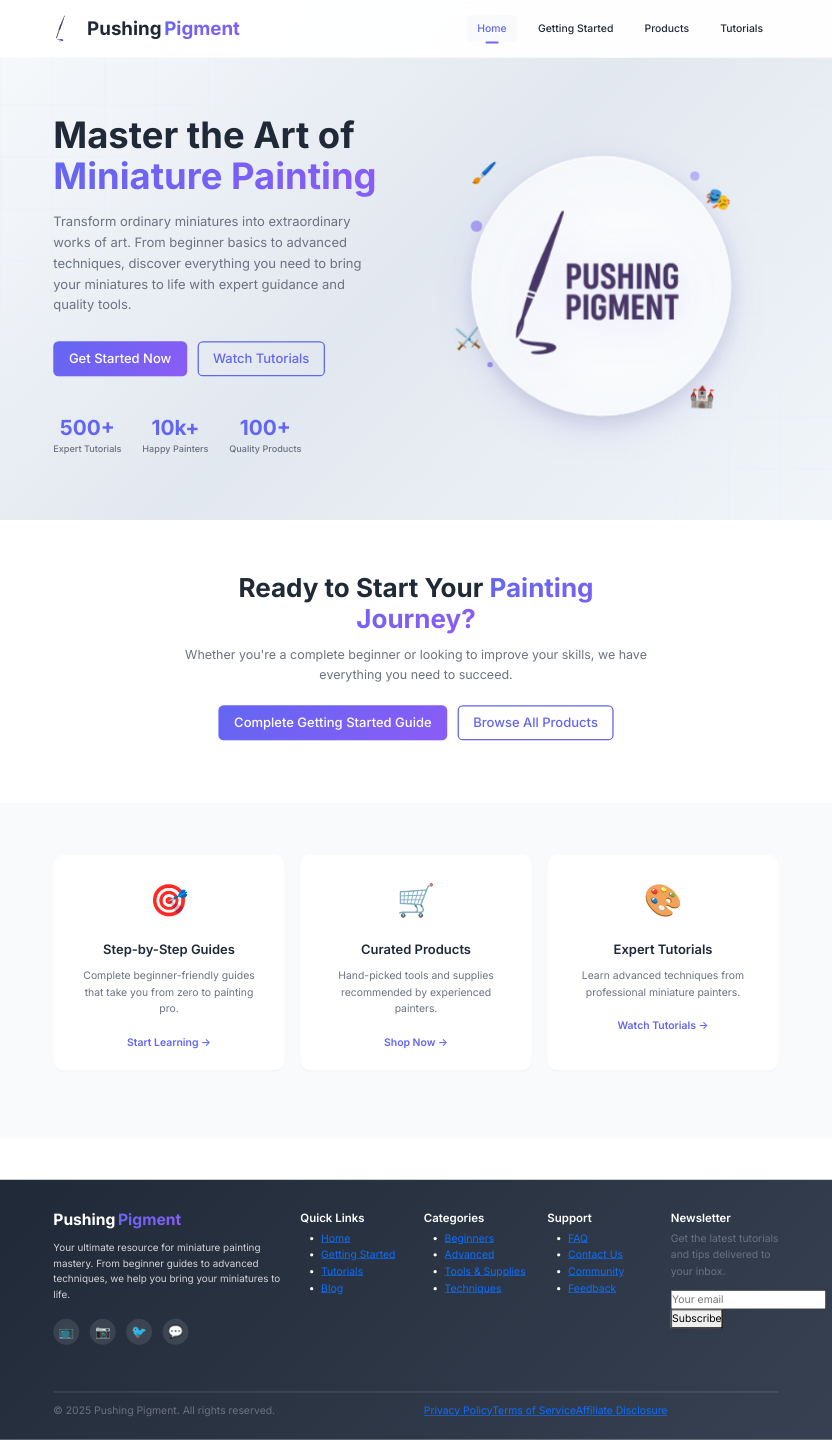
Repository: Aldentec/pushing-pigment-website
Page: /
The author's editor kept a copy of each file at every save. The page is drawn from the files as they stood at one save, then again after the next save.
The browser window is 1280 px wide. The pictures show the whole page, at 65% of full size.
The project was rebuilt for these pictures with package versions that can differ from the ones it lists, and the page was loaded fresh each time. Also part of the build but not shown: src/data/tutorials.js, src/pages/Tutorials/Tutorials.css, src/pages/Tutorials/Tutorials.jsx, src/components/ProductCard/ProductCard.css, src/components/ProductCard/ProductCard.jsx, src/data/products.js, src/pages/Products/Products.css, src/pages/Products/Products.jsx and 3 more.

Above is the page before, as saved 2025-08-16 10:05:55.

### public/index.html
<!DOCTYPE html>
<html lang="en">
  <head>
    <meta charset="utf-8" />

    <!-- Basic Meta Tags -->
    <meta name="viewport" content="width=device-width, initial-scale=1" />
    <meta name="theme-color" content="#6366f1" />

    <!-- SEO Meta Tags -->
    <title>Pushing Pigment - Master Miniature Painting | Tutorials, Tools & Techniques</title>
    <meta name="description" content="Learn miniature painting with expert tutorials, essential tool guides, and step-by-step techniques. From beginner basics to advanced methods - your complete miniature painting resource." />
    <meta name="keywords" content="miniature painting, warhammer painting, mini painting tutorials, painting techniques, miniature paints, brushes, primer, tabletop gaming, model painting, acrylic paints" />
    <meta name="author" content="Pushing Pigment" />
    <meta name="robots" content="index, follow" />
    <link rel="canonical" href="https://pushingpigment.com" />

    <!-- Open Graph / Facebook -->
    <meta property="og:type" content="website" />
    <meta property="og:url" content="https://pushingpigment.com" />
    <meta property="og:title" content="Pushing Pigment - Master Miniature Painting | Tutorials & Tools" />
    <meta property="og:description" content="Learn miniature painting with expert tutorials, essential tool guides, and step-by-step techniques. From beginner basics to advanced methods." />
    <meta property="og:image" content="https://pushingpigment.com/og-image.jpg" />
    <meta property="og:site_name" content="Pushing Pigment" />
    <meta property="og:locale" content="en_US" />

    <!-- Twitter Card -->
    <meta property="twitter:card" content="summary_large_image" />
    <meta property="twitter:url" content="https://pushingpigment.com" />
    <meta property="twitter:title" content="Pushing Pigment - Master Miniature Painting" />
    <meta property="twitter:description" content="Learn miniature painting with expert tutorials, essential tool guides, and step-by-step techniques." />
    <meta property="twitter:image" content="https://pushingpigment.com/twitter-card.jpg" />
    <meta property="twitter:creator" content="@pushingpigment" />

    <!-- Additional SEO Tags -->
    <meta name="geo.region" content="US" />
    <meta name="geo.placename" content="United States" />
    <meta name="language" content="en-US" />
    <meta name="revisit-after" content="7 days" />
    <meta name="rating" content="general" />

    <!-- Favicons -->
    <link rel="icon" href="%PUBLIC_URL%/favicon.ico" />
    <link rel="apple-touch-icon" sizes="180x180" href="%PUBLIC_URL%/apple-touch-icon.png" />
    <link rel="icon" type="image/png" sizes="32x32" href="%PUBLIC_URL%/favicon-32x32.png" />
    <link rel="icon" type="image/png" sizes="16x16" href="%PUBLIC_URL%/favicon-16x16.png" />
    <link rel="manifest" href="%PUBLIC_URL%/site.webmanifest" />
    <link rel="mask-icon" href="%PUBLIC_URL%/safari-pinned-tab.svg" color="#6366f1" />
    <meta name="msapplication-TileColor" content="#6366f1" />
    <meta name="msapplication-config" content="%PUBLIC_URL%/browserconfig.xml" />

    <!-- Preconnect for Performance -->
    <link rel="preconnect" href="https://fonts.googleapis.com" />
    <link rel="preconnect" href="https://fonts.gstatic.com" crossorigin />
    <link rel="preconnect" href="https://www.amazon.com" />

    <!-- Google Fonts -->
    <link href="https://fonts.googleapis.com/css2?family=Inter:wght@300;400;500;600;700&display=swap" rel="stylesheet" />

    <!-- Structured Data / JSON-LD -->
    <script type="application/ld+json">
    {
      "@context": "https://schema.org",
      "@type": "WebSite",
      "name": "Pushing Pigment",
      "description": "Master miniature painting with expert tutorials, essential tool guides, and step-by-step techniques for all skill levels.",
      "url": "https://pushingpigment.com",
      "potentialAction": {
        "@type": "SearchAction",
        "target": {
          "@type": "EntryPoint",
          "urlTemplate": "https://pushingpigment.com/search?q={search_term_string}"
        },
        "query-input": "required name=search_term_string"
      },
      "publisher": {
        "@type": "Organization",
        "name": "Pushing Pigment",
        "url": "https://pushingpigment.com",
        "logo": {
          "@type": "ImageObject",
          "url": "https://pushingpigment.com/logo.png"
        },
        "sameAs": [
          "https://youtube.com/@pushingpigment",
          "https://instagram.com/pushingpigment",
          "https://twitter.com/pushingpigment"
        ]
      }
    }
    </script>

    <script type="application/ld+json">
    {
      "@context": "https://schema.org",
      "@type": "EducationalOrganization",
      "name": "Pushing Pigment",
      "description": "Educational resource for miniature painting techniques and tutorials",
      "url": "https://pushingpigment.com",
      "courseMode": "online",
      "educationalLevel": "Beginner to Advanced",
      "teaches": [
        "Miniature Painting",
        "Model Painting Techniques",
        "Acrylic Painting",
        "Brush Techniques",
        "Color Theory",
        "Weathering Effects"
      ]
    }
    </script>

    <!-- Amazon Associates Disclaimer -->
    <meta name="amazon-affiliate" content="true" />

    <!-- Performance Hints -->
    <link rel="dns-prefetch" href="//amazon.com" />
    <link rel="dns-prefetch" href="//images-amazon.com" />
    <link rel="dns-prefetch" href="//google-analytics.com" />

    <!-- Security Headers -->
    <meta http-equiv="X-Content-Type-Options" content="nosniff" />
    <meta http-equiv="X-Frame-Options" content="DENY" />
    <meta http-equiv="X-XSS-Protection" content="1; mode=block" />
    <meta name="referrer" content="strict-origin-when-cross-origin" />

    <!-- Google Analytics (Replace with your tracking ID) -->
    <!-- Global site tag (gtag.js) - Google Analytics -->
    <script async src="https://www.googletagmanager.com/gtag/js?id=GA_TRACKING_ID"></script>
    <script>
      window.dataLayer = window.dataLayer || [];
      function gtag(){dataLayer.push(arguments);}
      gtag('js', new Date());
      gtag('config', 'GA_TRACKING_ID');
    </script>

    <!-- Google Search Console Verification -->
    <meta name="google-site-verification" content="YOUR_VERIFICATION_CODE" />

    <!-- Bing Webmaster Tools Verification -->
    <meta name="msvalidate.01" content="YOUR_BING_VERIFICATION_CODE" />
  </head>
  <body>
    <noscript>
      <div style="text-align: center; padding: 50px; font-family: Arial, sans-serif;">
        <h1>JavaScript Required</h1>
        <p>You need to enable JavaScript to run this app and access all miniature painting tutorials and resources.</p>
        <p>Please enable JavaScript in your browser settings and reload the page.</p>
      </div>
    </noscript>

    <!-- Main App Container -->
    <div id="root"></div>

    <!-- Structured Data for Breadcrumbs -->
    <script type="application/ld+json">
    {
      "@context": "https://schema.org",
      "@type": "BreadcrumbList",
      "itemListElement": [
        {
          "@type": "ListItem",
          "position": 1,
          "name": "Home",
          "item": "https://pushingpigment.com"
        },
        {
          "@type": "ListItem",
          "position": 2,
          "name": "Getting Started",
          "item": "https://pushingpigment.com/products"
        },
        {
          "@type": "ListItem",
          "position": 3,
          "name": "Tutorials",
          "item": "https://pushingpigment.com/tutorials"
        }
      ]
    }
    </script>

    <!-- Service Worker Registration (Optional - for PWA features) -->
    <script>
      if ('serviceWorker' in navigator) {
        window.addEventListener('load', function() {
          navigator.serviceWorker.register('/sw.js')
            .then(function(registration) {
              console.log('SW registered: ', registration);
            })
            .catch(function(registrationError) {
              console.log('SW registration failed: ', registrationError);
            });
        });
      }
    </script>
  </body>
</html>

### src/App.jsx
import React from 'react';
import { BrowserRouter as Router, Routes, Route } from 'react-router-dom';
import 'bootstrap/dist/css/bootstrap.min.css';
import './styles/global.css';
import './App.css';

// Components
import Navigation from './components/Navigation/Navigation';
import Footer from './components/Footer/Footer';

// Pages
import Home from './pages/Home/Home';
import Tutorials from './pages/Tutorials/Tutorials';
import Products from './pages/Products/Products';
import GettingStarted from './pages/GettingStarted/GettingStarted';

function App() {
  return (
    <Router>
      <div className="App">
        <Navigation />
        <main>
          <Routes>
            <Route path="/" element={<Home />} />
            <Route path="/getting-started" element={<GettingStarted />} />
            <Route path="/products" element={<Products />} />
            <Route path="/tutorials" element={<Tutorials />} />
          </Routes>
        </main>
        <Footer />
      </div>
    </Router>
  );
}

export default App;

### src/App.css
/* App-specific styles */
.App {
  min-height: 100vh;
  display: flex;
  flex-direction: column;
}

main {
  flex: 1;
}

/* Global overrides for Bootstrap */
.btn:focus {
  box-shadow: none;
}

.btn-primary {
  background: var(--gradient-primary);
  border: none;
}

.btn-primary:hover,
.btn-primary:focus,
.btn-primary:active {
  background: var(--gradient-primary);
  filter: brightness(1.1);
  border: none;
}

.btn-outline-primary {
  border-color: var(--primary-color);
  color: var(--primary-color);
}

.btn-outline-primary:hover,
.btn-outline-primary:focus,
.btn-outline-primary:active {
  background: var(--primary-color);
  border-color: var(--primary-color);
  color: white;
}

/* Custom scrollbar */
::-webkit-scrollbar {
  width: 8px;
}

::-webkit-scrollbar-track {
  background: var(--bg-light);
}

::-webkit-scrollbar-thumb {
  background: var(--primary-color);
  border-radius: 4px;
}

::-webkit-scrollbar-thumb:hover {
  background: var(--secondary-color);
}

/* Smooth scrolling */
html {
  scroll-behavior: smooth;
}

/* Focus styles for accessibility */
*:focus {
  outline: 2px solid var(--primary-color);
  outline-offset: 2px;
}

.btn:focus,
.form-control:focus,
.form-select:focus {
  outline: none;
  box-shadow: 0 0 0 0.2rem rgba(99, 102, 241, 0.25);
}

### src/pages/Home/Home.jsx
import React from 'react';
import { Container, Row, Col, Button } from 'react-bootstrap';
import { Link } from 'react-router-dom';
import Hero from '../../components/Hero/Hero';
import './Home.css';

const Home = () => {
  return (
    <div className="home-page">
      <Hero />

      {/* Quick Start Section */}
      <section className="quick-start-section section-padding">
        <Container>
          <Row>
            <Col lg={8} className="mx-auto text-center">
              <h2 className="section-title">
                Ready to Start Your <span className="gradient-text">Painting Journey?</span>
              </h2>
              <p className="section-description">
                Whether you're a complete beginner or looking to improve your skills,
                we have everything you need to succeed.
              </p>
              <div className="quick-start-buttons">
                <Button
                  as={Link}
                  to="/getting-started"
                  className="btn-primary-custom me-3 mb-3"
                  size="lg"
                >
                  Complete Getting Started Guide
                </Button>
                <Button
                  as={Link}
                  to="/products"
                  variant="outline-primary"
                  className="btn-outline-custom mb-3"
                  size="lg"
                >
                  Browse All Products
                </Button>
              </div>
            </Col>
          </Row>
        </Container>
      </section>

      {/* Feature Highlights */}
      <section className="features-section section-padding section-light">
        <Container>
          <Row>
            <Col lg={4} className="mb-4">
              <div className="feature-card">
                <div className="feature-icon">🎯</div>
                <h4>Step-by-Step Guides</h4>
                <p>Complete beginner-friendly guides that take you from zero to painting pro.</p>
                <Button as={Link} to="/getting-started" variant="link" className="feature-link">
                  Start Learning →
                </Button>
              </div>
            </Col>
            <Col lg={4} className="mb-4">
              <div className="feature-card">
                <div className="feature-icon">🛒</div>
                <h4>Curated Products</h4>
                <p>Hand-picked tools and supplies recommended by experienced painters.</p>
                <Button as={Link} to="/products" variant="link" className="feature-link">
                  Shop Now →
                </Button>
              </div>
            </Col>
            <Col lg={4} className="mb-4">
              <div className="feature-card">
                <div className="feature-icon">🎨</div>
                <h4>Expert Tutorials</h4>
                <p>Learn advanced techniques from professional miniature painters.</p>
                <Button as={Link} to="/tutorials" variant="link" className="feature-link">
                  Watch Tutorials →
                </Button>
              </div>
            </Col>
          </Row>
        </Container>
      </section>
    </div>
  );
};

export default Home;

### src/components/Footer/Footer.css
.site-footer {
  background: linear-gradient(135deg, var(--text-dark) 0%, #374151 100%);
  color: white;
  padding: 3rem 0 1rem;
  margin-top: 4rem;
}

.footer-section {
  margin-bottom: 2rem;
}

.footer-brand {
  font-size: 1.5rem;
  font-weight: 700;
  margin-bottom: 1rem;
  display: flex;
  align-items: center;
}

.footer-brand .brand-text {
  color: white;
  margin-right: 0.25rem;
}

.footer-brand .brand-accent {
  background: var(--gradient-primary);
  -webkit-background-clip: text;
  -webkit-text-fill-color: transparent;
  background-clip: text;
}

.footer-description {
  color: rgba(255, 255, 255, 0.8);
  line-height: 1.6;
  margin-bottom: 1.5rem;
  font-size: 0.95rem;
}

.social-links {
  display: flex;
  gap: 1rem;
}

.social-link {
  display: inline-flex;
  align-items: center;
  justify-content: center;
  width: 40px;
  height: 40px;
  background: rgba(255, 255, 255, 0.1);
  border-radius: 50%;
  color: white;
  text-decoration: none;
  font-size: 1.2rem;
  transition: all 0.3s ease;
}

### src/components/Hero/Hero.jsx
import React from 'react';
import { Container, Row, Col, Button } from 'react-bootstrap';
import { Link } from 'react-router-dom';
import pushingPigmentLogo from '../../assets/pushing-pigment-logo.png';
import './Hero.css';

const Hero = () => {
  return (
    <section className="hero-section">
      <div className="hero-background"></div>
      <Container>
        <Row className="align-items-center min-vh-100 py-5">
          <Col lg={6} className="hero-content">
            <div className="fade-in-up">
              <h1 className="hero-title">
                Master the Art of
                <span className="gradient-text"> Miniature Painting</span>
              </h1>
              <p className="hero-description">
                Transform ordinary miniatures into extraordinary works of art.
                From beginner basics to advanced techniques, discover everything
                you need to bring your miniatures to life with expert guidance and quality tools.
              </p>
              <div className="hero-buttons">
                <Button
                  as={Link}
                  to="/getting-started"
                  className="btn-primary-custom me-3 mb-3"
                  size="lg"
                >
                  Get Started Now
                </Button>
                <Button
                  as={Link}
                  to="/tutorials"
                  variant="outline-primary"
                  className="btn-outline-custom mb-3"
                  size="lg"
                >
                  Watch Tutorials
                </Button>
              </div>
              <div className="hero-stats">
                <div className="stat-item">
                  <span className="stat-number">500+</span>
                  <span className="stat-label">Expert Tutorials</span>
                </div>
                <div className="stat-item">
                  <span className="stat-number">10k+</span>
                  <span className="stat-label">Happy Painters</span>
                </div>
                <div className="stat-item">
                  <span className="stat-number">100+</span>
                  <span className="stat-label">Quality Products</span>
                </div>
              </div>
            </div>
          </Col>
          <Col lg={6} className="hero-image-col">
            <div className="hero-image-container fade-in-up">
              <div className="hero-logo-showcase">
                <div className="logo-background-circle"></div>
                <img
                  src={pushingPigmentLogo}
                  alt="Pushing Pigment - Master Miniature Painting"
                  className="hero-logo-main"
                />
                <div className="logo-accent-elements">
                  <div className="accent-dot accent-1"></div>
                  <div className="accent-dot accent-2"></div>
                  <div className="accent-dot accent-3"></div>
                </div>
              </div>
              <div className="floating-elements">
                <div className="floating-element element-1">🖌️</div>
                <div className="floating-element element-2">🎭</div>
                <div className="floating-element element-3">⚔️</div>
                <div className="floating-element element-4">🏰</div>
              </div>
            </div>
          </Col>
        </Row>
      </Container>
    </section>
  );
};

export default Hero;

### src/pages/Home/Home.css
/* Home Page Styles */

.home-page {
  /* Base styles */
}

/* Quick Start Section */
.quick-start-section {
  background: white;
}

.quick-start-buttons {
  margin-top: 2rem;
}

/* Features Section */
.features-section {
  background: var(--bg-light);
}

.feature-card {
  background: white;
  padding: 2rem;
  border-radius: 16px;
  box-shadow: var(--shadow-sm);
  text-align: center;
  height: 100%;
  transition: all 0.3s ease;
}

.feature-card:hover {
  transform: translateY(-8px);
  box-shadow: var(--shadow-lg);
}

.feature-icon {
  font-size: 3rem;
  margin-bottom: 1.5rem;
}

.feature-card h4 {
  font-size: 1.25rem;
  font-weight: 600;
  color: var(--text-dark);
  margin-bottom: 1rem;
}

.feature-card p {
  color: var(--text-light);
  margin-bottom: 1.5rem;
  line-height: 1.6;
}

.feature-link {
  color: var(--primary-color);
  font-weight: 600;
  text-decoration: none;
  padding: 0;
  border: none;
  background: none;
  transition: color 0.3s ease;
}

.feature-link:hover {
  color: var(--secondary-color);
  text-decoration: none;
}

.section-title {
  font-size: 2.5rem;
  font-weight: 700;
  margin-bottom: 1rem;
  color: var(--text-dark);
}

.section-description {
  font-size: 1.2rem;
  color: var(--text-light);
  line-height: 1.6;
  margin-bottom: 2rem;
}

/* Responsive */
@media (max-width: 768px) {
  .section-title {
    font-size: 2rem;
  }

  .section-description {
    font-size: 1.1rem;
  }

  .feature-card {
    padding: 1.5rem;
  }

  .feature-icon {
    font-size: 2.5rem;
  }

  .quick-start-buttons .btn {
    width: 100%;
    margin-bottom: 1rem;
  }

  .quick-start-buttons .btn:last-child {
    margin-bottom: 0;
  }
}

Loaded but not shown: src/index.tsx (common file); src/index.css (common file); src/reportWebVitals.ts (common file); src/components/GettingStarted/GettingStarted.css (382 lines, source omitted); src/components/Hero/Hero.css (366 lines, source omitted); src/components/Footer/Footer.jsx (118 lines, source omitted); src/styles/global.css (170 lines, source omitted); src/components/Navigation/Navigation.jsx (115 lines, source omitted); src/components/Navigation/Navigation.css (183 lines, source omitted)

After the next save:
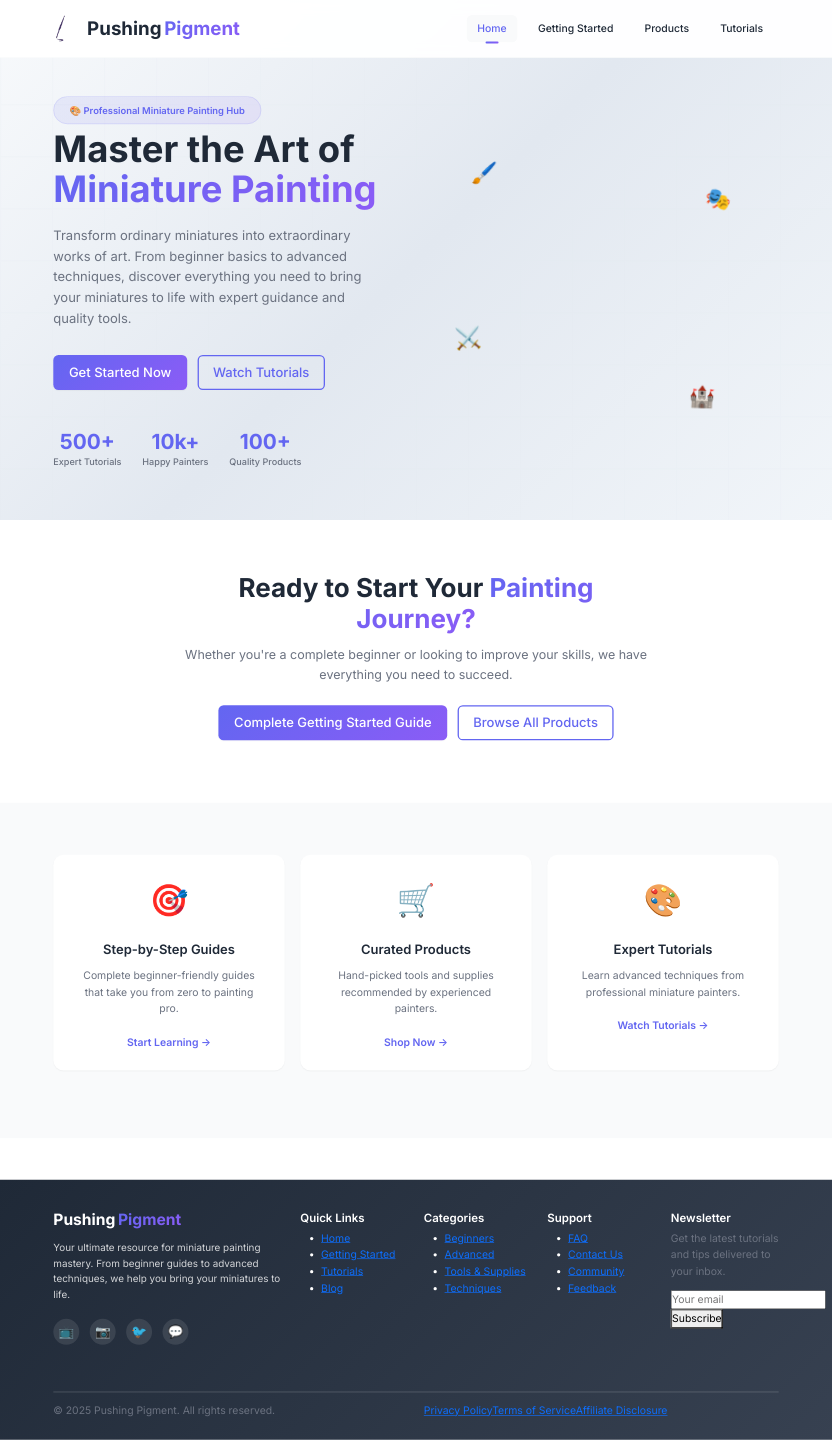
Saved 8 s later.
--- a/src/components/Hero/Hero.jsx
+++ b/src/components/Hero/Hero.jsx
@@ -1,7 +1,6 @@
 import React from 'react';
 import { Container, Row, Col, Button } from 'react-bootstrap';
 import { Link } from 'react-router-dom';
-import pushingPigmentLogo from '../../assets/pushing-pigment-logo.png';
 import './Hero.css';
 
 const Hero = () => {
@@ -12,6 +11,9 @@
         <Row className="align-items-center min-vh-100 py-5">
           <Col lg={6} className="hero-content">
             <div className="fade-in-up">
+              <div className="hero-badge mb-3">
+                <span className="badge-text">🎨 Professional Miniature Painting Hub</span>
+              </div>
               <h1 className="hero-title">
                 Master the Art of
                 <span className="gradient-text"> Miniature Painting</span>
@@ -58,19 +60,34 @@
           </Col>
           <Col lg={6} className="hero-image-col">
             <div className="hero-image-container fade-in-up">
-              <div className="hero-logo-showcase">
-                <div className="logo-background-circle"></div>
-                <img
-                  src={pushingPigmentLogo}
-                  alt="Pushing Pigment - Master Miniature Painting"
-                  className="hero-logo-main"
-                />
-                <div className="logo-accent-elements">
-                  <div className="accent-dot accent-1"></div>
-                  <div className="accent-dot accent-2"></div>
-                  <div className="accent-dot accent-3"></div>
+              {/* Animated Painter Scene */}
+              <div className="painter-scene">
+                {/* Floating paint drops */}
+                <div className="paint-drop"></div>
+                <div className="paint-drop"></div>
+                <div className="paint-drop"></div>
+
+                {/* Desk */}
+                <div className="desk">
+                  {/* Canvas/Miniature on desk */}
+                  <div className="canvas"></div>
+                  {/* Paint palette */}
+                  <div className="palette"></div>
+                </div>
+
+                {/* Painter character */}
+                <div className="painter">
+                  <div className="head"></div>
+                  <div className="body">
+                    <div className="arm-left">
+                      <div className="paintbrush"></div>
+                    </div>
+                    <div className="arm-right"></div>
+                  </div>
                 </div>
               </div>
+
+              {/* Keep the floating elements for extra charm */}
               <div className="floating-elements">
                 <div className="floating-element element-1">🖌️</div>
                 <div className="floating-element element-2">🎭</div>
